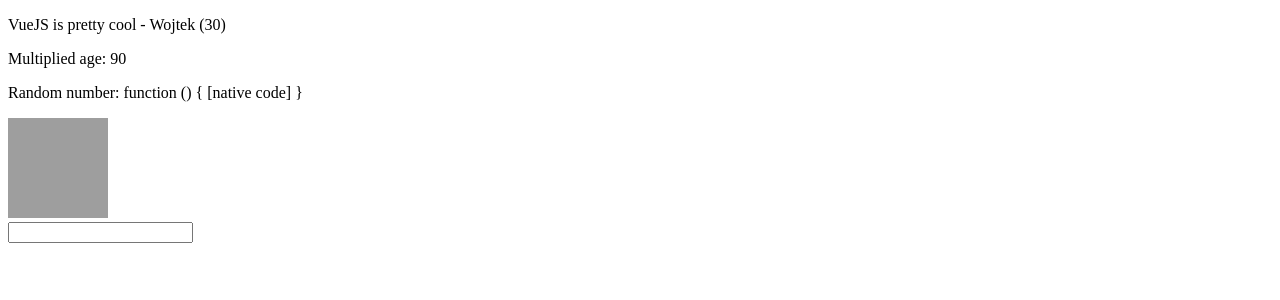
Repository: wojkos/Learn
Page: Vue/index.html
The author's editor kept a copy of each file at every save. The page is drawn from the files as they stood at one save, then again after the next save.
The browser window is 1280 px wide. The pictures show the whole page.
Pictures or frames that could not be fetched are drawn as grey boxes.

Above is the page before, as saved 2018-03-29 22:27:02.

After the next save:
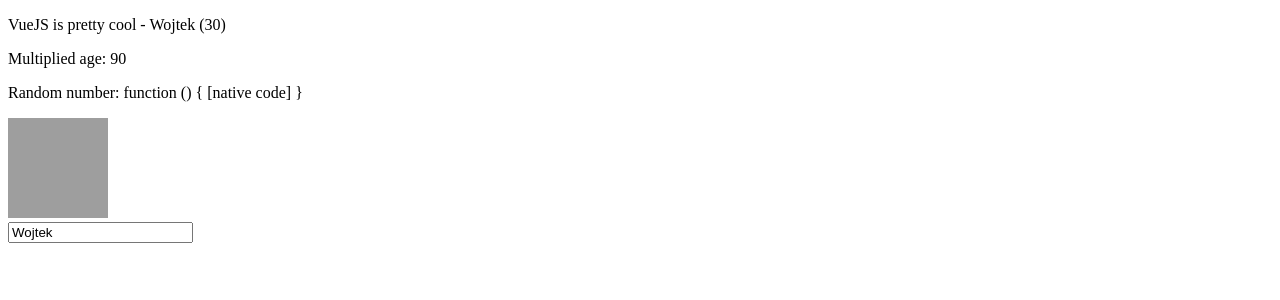
Saved 44 s later.
--- a/Vue/index.html
+++ b/Vue/index.html
@@ -22,7 +22,7 @@
         </div>
         <!-- 5) Pre-Populate this input with your name (set the "value" attribute) -->
         <div>
-            <input type="text">
+            <input type="text" v-bind:value="YOUR_NAME">
         </div>
     </div>
 
